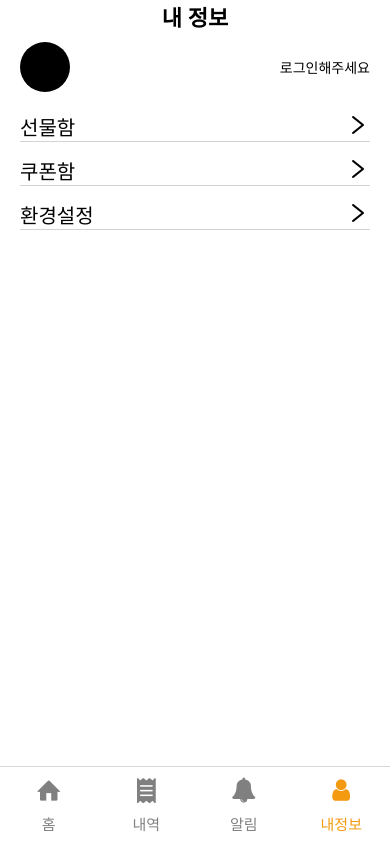
Repository: Unique0902/GachiDutch
Screen: /User
An editor plug-in stored every save of this project. The screen is shown before and after the next save, followed by the edit.
The app was drawn by React Native's web renderer in a window 390 px wide. The project was rebuilt for these pictures with package versions that can differ from the ones it lists, and the page was loaded fresh each time. Some packages were replaced by stand-ins written for this rebuild. Also part of the build but not shown: sources/components/lowBar/lowBar.jsx, sources/components/taxi/taxi.jsx, sources/components/alarm/alert.js, sources/components/alarm/alarm.jsx, sources/components/dutch_history/dutch_history.jsx, sources/components/dutchpay_historys/dutchpay_historys.jsx, sources/components/delivery_historys/delivery_historys.jsx, sources/components/taxi_historys/taxi_historys.jsx and 3 more.

Above is the screen before, as saved 2022-11-11 16:44:36.

### App.js
import React from 'react';
import { StyleSheet, Text, View, Image } from 'react-native';
import Home from './sources/components/home/home';
import { NavigationContainer } from '@react-navigation/native';
import { createNativeStackNavigator } from '@react-navigation/native-stack';
import Taxi from './sources/components/taxi/taxi';
import Main from './sources/routes/main/main';
import Login from './sources/routes/login/login';
import HttpClient from './sources/network/http.js';
import ReceiptService from './sources/services/receipt.js';
import Ready from './sources/components/ready/ready';

const Stack = createNativeStackNavigator();
const baseURL = 'https://dutch-server.herokuapp.com';
const httpClient = new HttpClient(baseURL);
const receiptService = new ReceiptService(baseURL);

export default function App() {
  return (
    <>
      <NavigationContainer>
        <Stack.Navigator screenOptions={{ headerShown: false }}>
          <Stack.Screen
            name='Main'
            children={({ navigation, route }) => (
              <Main
                receiptService={receiptService}
                navigation={navigation}
                route={route}
              />
            )}
          />
          <Stack.Screen name='Taxi' component={Taxi} />
          <Stack.Screen name='Login' component={Login} />
          <Stack.Screen name='Ready' component={Ready} />
        </Stack.Navigator>
      </NavigationContainer>
    </>
  );
}

const styles = StyleSheet.create({
  header: {
    flexDirection: 'row',
    alignItems: 'center',
    justifyContent: 'space-between',
    margin: 25,
  },
  main: {},
  container: {
    flex: 1,
    backgroundColor: '#fff',
    alignItems: 'center',
    justifyContent: 'center',
  },
  logo: {
    width: 150,
    height: 30,
  },
});

### sources/components/home/home.jsx
import React, { useRef, useState, useEffect } from 'react';
import {
  StyleSheet,
  Text,
  View,
  Image,
  Button,
  Pressable,
  ScrollView,
  Dimensions,
} from 'react-native';
import { Entypo } from '@expo/vector-icons';
import { FontAwesome } from '@expo/vector-icons';
import { FontAwesome5 } from '@expo/vector-icons';
import LowBar from '../lowBar/lowBar';
import { isLogin, getUid } from '../../services/asyncstorage';
import { StatusBar } from 'react-native';

const Home = ({ login, setLogin, navigation, setUserData, userData }) => {
  const [scrollNum, setScrollNum] = useState(1);
  const windowWidth = Dimensions.get('window').width;
  const statusBarHeight = StatusBar.currentHeight;
  const headerStyle = {
    marginTop: statusBarHeight,
  };
  let advertisementWidth = windowWidth - 40;
  const scrollWidth = parseInt(advertisementWidth);
  let scrollLeft = 0;

  const advertisementStyle = () => {
    return {
      width: advertisementWidth,
    };
  };
  const pageCircleStyle = (num) => {
    if (scrollNum === num) {
      return {
        color: '#FB9700',
      };
    } else {
      return {
        color: '#FFFDD1',
      };
    }
  };
  const scrollRef = useRef();
  return (
    <View style={[styles.home, headerStyle]}>
      <View style={styles.top}>
        <View style={styles.header}>
          <Image
            source={require('../../images/dutch_logo.png')}
            style={styles.logo}
          />
          <Pressable
            onPress={() => {
              navigation.navigate('Ready');
            }}
          >
            <Entypo name='menu' size={35} color='black' />
          </Pressable>
        </View>
        <View style={styles.mainTop}>
          {login ? (
            <View style={styles.onLogin}>
              <Text style={styles.onLoginText}>
                {userData && userData.name}님 반가워요!
              </Text>
            </View>
          ) : (
            <View style={styles.login}>
              <View style={styles.loginTop}>
                <Pressable
                  style={styles.loginBtn}
                  onPress={() =>
                    navigation.navigate('Login', { setLogin, setUserData })
                  }
                >
                  <Text style={[styles.loginText, styles.loginBtnText]}>
                    로그인
                  </Text>
                </Pressable>
                <Text style={styles.loginText}>하시고</Text>
              </View>
              <Text style={styles.loginText}>다양한 혜택을 만나 보세요!</Text>
            </View>
          )}
          <View style={styles.advertisementBox}>
            <ScrollView
              horizontal
              pagingEnabled
              contentContainerStyle={styles.advertisementScroll}
              ref={scrollRef}
              onScroll={(e) => {
                scrollLeft = parseInt(e.nativeEvent.contentOffset.x);
                if (scrollLeft % scrollWidth < 10) {
                  setScrollNum(parseInt(scrollLeft / scrollWidth + 1));
                }
              }}
              scrollEventThrottle={100}
              showsHorizontalScrollIndicator={false}
            >
              <Pressable
                style={[styles.advertisement, advertisementStyle()]}
                onPress={() => {
                  navigation.navigate('Ready');
                }}
              >
                <Image
                  source={require('../../images/advertisement_img.png')}
                  style={styles.advertisementImg}
                />
                <Text style={styles.advertisementText}>
                  같이 더치로{'\n'}편리하게 이용하세요
                </Text>
              </Pressable>
              <Pressable
                style={[styles.advertisement, advertisementStyle()]}
                onPress={() => {
                  navigation.navigate('Ready');
                }}
              >
                <Image
                  source={require('../../images/advertisement_img.png')}
                  style={styles.advertisementImg}
                />
                <Text style={styles.advertisementText}>
                  같이 더치로{'\n'}편리하게 이용하세요
                </Text>
              </Pressable>
              <Pressable
                style={[styles.advertisement, advertisementStyle()]}
                onPress={() => {
                  navigation.navigate('Ready');
                }}
              >
                <Image
                  source={require('../../images/advertisement_img.png')}
                  style={styles.advertisementImg}
                />
                <Text style={styles.advertisementText}>
                  같이 더치로{'\n'}편리하게 이용하세요
                </Text>
              </Pressable>
              <Pressable
                style={[styles.advertisement, advertisementStyle()]}
                onPress={() => {
                  navigation.navigate('Ready');
                }}
              >
                <Image
                  source={require('../../images/advertisement_img.png')}
                  style={styles.advertisementImg}
                />
                <Text style={styles.advertisementText}>
                  같이 더치로{'\n'}편리하게 이용하세요
                </Text>
              </Pressable>
            </ScrollView>
            <View style={styles.pageCircles}>
              <FontAwesome
                style={[styles.pageCircle, pageCircleStyle(1)]}
                name='circle'
                size={10}
                color='white'
              />
              <FontAwesome
                style={[styles.pageCircle, pageCircleStyle(2)]}
                name='circle'
                size={10}
                color='white'
              />
              <FontAwesome
                style={[styles.pageCircle, pageCircleStyle(3)]}
                name='circle'
                size={10}
                color='white'
              />
              <FontAwesome
                style={[styles.pageCircle, pageCircleStyle(4)]}
                name='circle'
                size={10}
                color='white'
              />
            </View>
          </View>
        </View>
      </View>
      <Pressable
        style={styles.event}
        onPress={() => {
          navigation.navigate('Ready');
        }}
      >
        <View>
          <Text style={[styles.eventText, { fontSize: 20 }]}>
            이벤트 {'   '}|
          </Text>
        </View>
        <Text style={[styles.eventText, { fontSize: 15, marginLeft: 20 }]}>
          같이더치 월 결제로 10% 할인받자!
        </Text>
        <Text style={[styles.eventText, { fontSize: 20, marginLeft: 20 }]}>
          {'>'}
        </Text>
      </Pressable>

      <View style={styles.mainBottom}>
        <View style={styles.categories}>
          <View style={styles.topBtns}>
            <View style={styles.btnShadow}>
              <Pressable
                style={styles.goodsBtn}
                onPress={() => {
                  if (login) {
                    navigation.navigate('Taxi', { userData });
                  } else {
                    navigation.navigate('Login', { setLogin, setUserData });
                  }
                }}
              >
                <Image
                  source={require('../../images/taxi_img.png')}
                  style={styles.taxiImg}
                />
                <Text style={[styles.goodText, { marginTop: 20 }]}>택시</Text>
              </Pressable>
            </View>
            <View style={styles.btnShadow}>
              <Pressable
                style={styles.goodsBtn}
                onPress={() => {
                  navigation.navigate('Ready');
                }}
              >
                <Image
                  source={require('../../images/delivery_img.png')}
                  style={styles.taxiImg}
                />
                <Text style={[styles.goodText, { marginTop: 20 }]}>배달</Text>
              </Pressable>
            </View>
          </View>
          <View style={styles.downBtns}>
            <View style={styles.btnShadow}>
              <Pressable
                style={styles.downGoodsBtn}
                onPress={() => {
                  navigation.navigate('Ready');
                }}
              >
                <Image
                  source={require('../../images/taxi_human_img.png')}
                  style={styles.peopleImg}
                />
                <Text
                  style={[styles.goodText, { marginRight: 20, marginLeft: 20 }]}
                >
                  지인끼리
                </Text>
                <Image
                  source={require('../../images/location_img.png')}
                  style={styles.peopleImg}
                />
              </Pressable>
            </View>
          </View>
        </View>
      </View>
    </View>
  );
};

export default Home;

const styles = StyleSheet.create({
  home: {
    flex: 1,
    flexDirection: 'column',
  },
  loginText: {
    paddingVertical: 5,
  },
  header: {
    flexDirection: 'row',
    alignItems: 'center',
    justifyContent: 'space-between',
    margin: 0,
    flex: 1,
  },
  mainTop: {
    flex: 6,
  },
  top: {
    flex: 6,
    padding: 20,
  },
  loginBtn: {},
  login: {
    flex: 2,
    marginTop: 15,
  },
  onLogin: {
    flex: 2,
    marginTop: 15,
  },
  onLoginText: {
    marginTop: 10,
    fontSize: 25,
    fontWeight: '600',
    color: '#444444',
  },
  loginTop: {
    flexDirection: 'row',
    alignItems: 'center',
  },
  loginText: {
    fontSize: 18,
    color: '#444444',
  },
  loginBtnText: {
    color: '#F39910',
    textDecorationLine: 'underline',
    textDecorationStyle: 'solid',
    textDecorationColor: '#000',
  },
  mainBottom: {
    flex: 6,
    padding: 15,
  },
  advertisementScroll: {
    borderRadius: 15,
    position: 'relative',
  },
  advertisementBox: {
    flex: 4,
  },
  advertisement: {
    backgroundColor: '#FBBA00',
    borderRadius: 15,
    position: 'relative',
  },
  advertisementText: {
    color: 'white',
    fontSize: 20,
    fontWeight: '800',
    marginLeft: 30,
    marginTop: 25,
  },
  advertisementImg: {
    width: '100%',
    height: '87%',
    position: 'absolute',
    borderRadius: 20,
    bottom: 0,
  },
  pageCircles: {
    flexDirection: 'row',
    position: 'absolute',
    alignItems: 'center',
    bottom: 4,
    left: 140,
  },
  pageCircle: {
    marginLeft: 3,
    marginRight: 3,
  },
  event: {
    flex: 1,
    backgroundColor: '#3C4451',
    flexDirection: 'row',
    justifyContent: 'center',
    alignItems: 'center',
  },
  categories: {
    flex: 1,
  },
  topBtns: {
    flexDirection: 'row',
    flex: 3,
  },
  downBtns: {
    flex: 2,
  },
  goodsBtn: {
    borderRadius: 20,
    backgroundColor: 'white',
    width: '100%',
    height: '100%',
    alignItems: 'center',
    justifyContent: 'center',
  },
  downGoodsBtn: {
    borderRadius: 20,
    backgroundColor: 'white',
    width: '100%',
    height: '100%',
    flexDirection: 'row',
    justifyContent: 'center',
    alignItems: 'center',
  },
  goodText: {
    fontSize: 20,
    fontWeight: '600',
  },
  btnShadow: {
    flex: 1,
    shadowOffset: {
      width: 0,
      height: 1,
    },
    shadowOpacity: 0.18,
    borderRadius: 20,
    shadowRadius: 1.0,
    elevation: 1,
    margin: 5,
  },
  eventText: {
    color: 'white',
  },
  taxiImg: {
    width: 90,
    height: 90,
  },
  peopleImg: {
    width: 60,
    height: 67,
  },
  logo: {
    width: 150,
    height: 30,
  },
});

### sources/routes/main/main.jsx
import React, { useEffect, useRef, useState } from 'react';
import { View, Button, Text } from 'react-native';
import Home from '../../components/home/home';
import LowBar from '../../components/lowBar/lowBar';
import User from '../../components/user/user';
import Alarm from '../../components/alarm/alarm';
import Receipt from '../../components/receipt/receipt';
import { createBottomTabNavigator } from '@react-navigation/bottom-tabs';
import { Entypo } from '@expo/vector-icons';
import { FontAwesome } from '@expo/vector-icons';
import { FontAwesome5 } from '@expo/vector-icons';
import { isLogin, matchUserData } from '../../services/asyncstorage';

const Tab = createBottomTabNavigator();

const Main = ({ receiptService, navigation, route }) => {
  const [login, setLogin] = useState(false);
  const [userData, setUserData] = useState(null);
  useEffect(() => {
    isLogin().then((result) => {
      if (result) {
        setLogin(true);
        console.log('로그인 되어있음!');
        matchUserData(setUserData);
      } else {
        setLogin(false);
        console.log('로그인 안되어있음!');
      }
    });
  }, [login]);
  return (
    <>
      <View style={{ flex: 14 }}>
        <Tab.Navigator
          screenOptions={({ route }) => ({
            tabBarIcon: ({ color, size }) => {
              if (route.name === 'Home') {
                return <Entypo name='home' size={size} color={color} />;
              } else if (route.name === 'Receipt') {
                return (
                  <FontAwesome5 name='receipt' size={size} color={color} />
                );
              } else if (route.name === 'Alarm') {
                return <FontAwesome name='bell' size={size} color={color} />;
              } else if (route.name === 'User') {
                return <FontAwesome name='user' size={size} color={color} />;
              }
            },
            tabBarStyle: { flex: 0.1 },
            tabBarLabelStyle: {
              fontSize: 15,
              marginBottom: 10,
              fontWeight: '500',
            },
            tabBarActiveTintColor: '#F49A11',
            tabBarInactiveTintColor: 'gray',
            headerShown: false,
          })}
        >
          <Tab.Screen
            name='Home'
            options={({ route, navigation }) => {
              return { tabBarLabel: '홈' };
            }}
            children={({ navigation }) => (
              <Home
                login={login}
                setLogin={setLogin}
                navigation={navigation}
                setUserData={setUserData}
                userData={userData}
              />
            )}
          />
          <Tab.Screen
            name='Receipt'
            options={({ route, navigation }) => {
              return { tabBarLabel: '내역' };
            }}
            children={({ navigation, route }) => (
              <Receipt
                login={login}
                navigation={navigation}
                receiptService={receiptService}
                userData={userData}
                route={route}
              />
            )}
          />
          <Tab.Screen
            options={({ route, navigation }) => {
              return { tabBarLabel: '알림' };
            }}
            name='Alarm'
            children={({ navigation }) => (
              <Alarm login={login} navigation={navigation} />
            )}
          />
          <Tab.Screen
            options={({ route, navigation }) => {
              return { tabBarLabel: '내정보' };
            }}
            name='User'
            children={({ navigation }) => (
              <User
                login={login}
                setLogin={setLogin}
                navigation={navigation}
                setUserData={setUserData}
                userData={userData}
              />
            )}
          />
        </Tab.Navigator>
      </View>
    </>
  );
};

export default Main;

### sources/network/http.js
export default class HttpClient {
  constructor(baseURL) {
    this.baseURL = baseURL;
  }

  async fetch(url, options) {
    const res = await fetch(`${this.baseURL}${url}`, {
      ...options,
      headers: {
        'Content-Type': 'application/json',
        ...options.headers,
      },
    });
    let data;
    try {
      data = await res.json();
    } catch (error) {
      console.error(error);
    }

    if (res.status > 299 || res.status < 200) {
      const message =
        data && data.message ? data.message : 'Something went wrong! 🤪';
      const error = new Error(message);
      throw error;
    }
    return data;
  }
}

### sources/services/receipt.js
export default class ReceiptService {
  constructor(http) {
    this.http = http;
  }

  getTexiHistorys = async (userId) => {
    return await fetch(`${this.http}/receipt/all/${userId}`, {
      method: 'GET',
    });
  };
}

### sources/services/asyncstorage.js
import AsyncStorage from '@react-native-async-storage/async-storage';

export const isLogin = async () => {
  try {
    const loginDatas = await AsyncStorage.getItem('loginDatas');
    console.log(loginDatas);
    if (loginDatas) {
      return true;
    } else {
      return false;
    }
  } catch (e) {
    console.error(e);
  }
};

export const logout = async () => {
  try {
    await AsyncStorage.removeItem('loginDatas');
  } catch (error) {
    console.error(error);
  }
};

export const getRefreshToken = async () => {
  try {
    const loginDatas = await AsyncStorage.getItem('loginDatas');
    if (loginDatas) {
      return JSON.parse(loginDatas).refreshToken;
    }
  } catch (e) {
    console.error(e);
  }
};

export const getUid = async () => {
  try {
    const loginDatas = await AsyncStorage.getItem('loginDatas');
    if (loginDatas) {
      return JSON.parse(loginDatas).uid;
    }
  } catch (e) {
    console.error(e);
  }
};

export const matchUserData = async (setUserData) => {
  try {
    const loginDatas = await AsyncStorage.getItem('loginDatas');
    if (loginDatas) {
      return setUserData(JSON.parse(loginDatas));
    }
  } catch (e) {
    console.error(e);
  }
};

### sources/components/user/user.jsx
import React, { useEffect, useRef, useState } from 'react';
import { StatusBar } from 'react-native';
import {
  StyleSheet,
  Text,
  View,
  Pressable,
  ScrollView,
  Image,
} from 'react-native';
import { AntDesign } from '@expo/vector-icons';
import { isLogin, logout } from '../../services/asyncstorage';

export default function User({
  login,
  setLogin,
  navigation,
  setUserData,
  userData,
}) {
  const statusBarHeight = StatusBar.currentHeight;
  const headerStyle = {
    marginTop: statusBarHeight,
  };
  const onProfilePress = () => {
    console.log('profile pressed');
  };
  const onProfileInfoPress = () => {
    if (login) {
    } else {
      navigation.navigate('Login', { setLogin: setLogin });
    }
  };
  useEffect(() => {
    console.log(login);
  }, []);
  return (
    <View style={styles.container}>
      <View>
        <Text style={[styles.header, headerStyle]}>내 정보</Text>
      </View>
      <View>
        <Pressable style={styles.profileArea}>
          <Pressable onPress={onProfilePress}>
            <Image style={styles.profileImage} />
          </Pressable>
          <View>
            {login ? (
              <>
                <Text style={styles.pointText}>
                  {userData && userData.name} 님
                </Text>
              </>
            ) : (
              <>
                <Text>로그인해주세요</Text>
              </>
            )}
          </View>
        </Pressable>
        {/* <Pressable
          style={{
            flexDirection: 'column',
            alignItems: 'flex-end',
            marginBottom: 15,
          }}
        >
          <View style={{ flexDirection: 'row' }}>
            <Text>*** </Text>
            <Text>Point</Text>
            <AntDesign name='right' size={24} color='black' />
          </View>
        </Pressable> */}
      </View>

      <View style={styles.menus}>
        {/* <Pressable style={styles.enterMenu}>
          <Text style={styles.menuText}>주문내역</Text>
          <AntDesign name='right' size={24} color='black' />
        </Pressable> */}
        <Pressable style={styles.enterMenu}>
          <Text style={styles.menuText}>선물함</Text>
          <AntDesign name='right' size={24} color='black' />
        </Pressable>
        <Pressable style={styles.enterMenu}>
          <Text style={styles.menuText}>쿠폰함</Text>
          <AntDesign name='right' size={24} color='black' />
        </Pressable>
        <Pressable style={styles.enterMenu}>
          <Text style={styles.menuText}>환경설정</Text>
          <AntDesign name='right' size={24} color='black' />
        </Pressable>
        {login && (
          <Pressable style={styles.logoutBtn}>
            <Text
              style={styles.logoutText}
              onPress={() => {
                logout().then(() => {
                  setLogin(false);
                  console.log('로그아웃됨!');
                  setUserData(null);
                  navigation.navigate('Main', { screen: 'Home' });
                });
              }}
            >
              로그아웃
            </Text>
          </Pressable>
        )}
      </View>
    </View>
    //내정보
  );
}

const styles = StyleSheet.create({
  container: {
    flex: 1,
    backgroundColor: '#fff',
    paddingHorizontal: 20,
  },
  header: {
    fontSize: 22,
    fontWeight: '600',
    alignSelf: 'center',
  },
  enterMenu: {
    justifyContent: 'space-between',
    flexDirection: 'row',
    marginBottom: 14,
    borderBottomColor: 'lightgray',
    borderBottomWidth: 0.5,
    borderStyle: 'solid',
  },
  menus: {
    marginTop: 20,
  },
  menuText: {
    fontSize: 20,
    fontWeight: '500',
  },
  pointText: {
    fontSize: 20,
    fontWeight: '500',
  },
  profileImage: {
    width: 50,
    height: 50,
    borderRadius: 100,
    backgroundColor: 'black',
  },
  infoArea: {
    flexDirection: 'column',
  },
  infoText: {
    fontSize: 24,
    fontWeight: '500',
  },
  profileArea: {
    marginTop: 10,
    flexDirection: 'row',
    justifyContent: 'space-between',
    alignItems: 'center',
  },
  logoutBtn: {},
  logoutText: {
    fontSize: 20,
    fontWeight: '500',
    color: 'red',
  },
});

Loaded but not shown: index.js (common file)

After the next save:
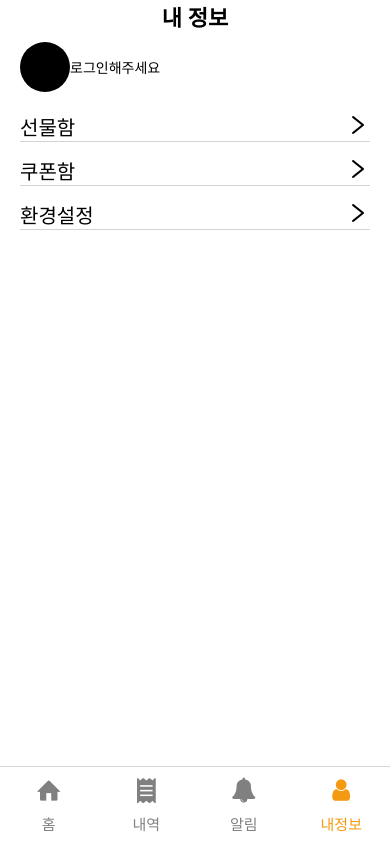
Saved 10 s later.
--- a/sources/components/user/user.jsx
+++ b/sources/components/user/user.jsx
@@ -159,7 +159,6 @@ const styles = StyleSheet.create({
   profileArea: {
     marginTop: 10,
     flexDirection: 'row',
-    justifyContent: 'space-between',
     alignItems: 'center',
   },
   logoutBtn: {},
